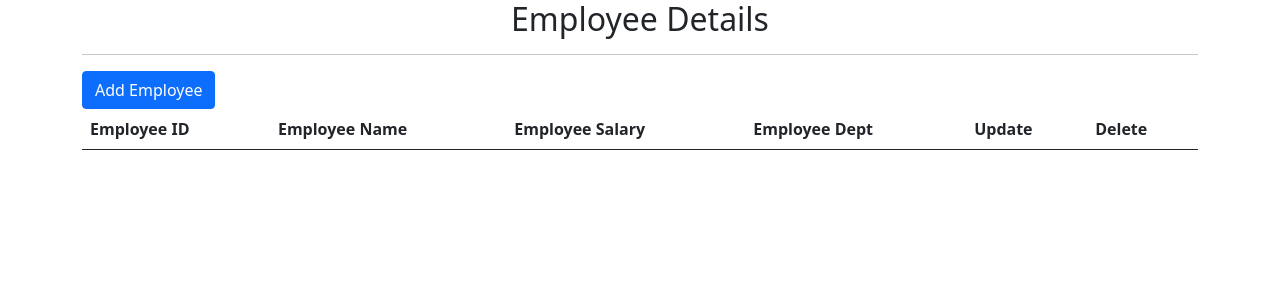
Repository: bhatideepak599/JspServlets
Page: http://localhost/10-student-mvc-db/Student
An editor plug-in stored every save of this project. The page is shown before and after the next save, followed by the edit.
The browser window is 1280 px wide. The pictures show the whole page.
The page is served by Tomcat 9. Other server files are loaded and not shown. Queries for data that is not in the repository find no rows.

Above is the page before, as saved 2024-07-17 12:30:42.

### 10-student-mvc-db/WebContent/empFile.jsp
<%@ page language="java" contentType="text/html; charset=ISO-8859-1"
    pageEncoding="ISO-8859-1"%>
  <%@ taglib uri="http://java.sun.com/jsp/jstl/core" prefix="c"%>
<%@ taglib uri="http://java.sun.com/jsp/jstl/functions" prefix="fn"%>


<!DOCTYPE html>
<html>
<head>
<meta charset="ISO-8859-1">
<title>Employee Details</title>
<link
	href="https://cdn.jsdelivr.net/npm/bootstrap@5.0.2/dist/css/bootstrap.min.css"
	rel="stylesheet"
	integrity="sha384-EVSTQN3/azprG1Anm3QDgpJLIm9Nao0Yz1ztcQTwFspd3yD65VohhpuuCOmLASjC"
	crossorigin="anonymous">
<script
	src="https://cdn.jsdelivr.net/npm/bootstrap@5.0.2/dist/js/bootstrap.bundle.min.js"
	integrity="sha384-MrcW6ZMFYlzcLA8Nl+NtUVF0sA7MsXsP1UyJoMp4YLEuNSfAP+JcXn/tWtIaxVXM"
	crossorigin="anonymous"></script>
</head>


<body>

	<div class="container">

	<div class="text-center">

		<p class="h2"> Employee Details</p>

	</div>

	<hr>
	<a href="add-Employee.jsp" class="btn btn-primary">Add Employee</a>
	<!-- <a href="update-Employee.jsp" class="btn btn-secondary">Update Employee</a>
	<a href="delect-Employee.jsp" class="btn btn-danger">Delete Employee</a> -->
	<table class="table table-striped">

		<thead>

			<tr>

				<th>Employee ID</th>

				<th>Employee Name</th>

				<th>Employee Salary</th>

				<th>Employee Dept</th>
				<th>Update</th>
				<th>Delete</th>

			</tr>

		</thead>

		<tbody>

			<c:forEach var="student" items="${theStudentList}">

				<tr>

					<td>${student.id}</td>
					<td>${student.name}</td>
					<td>${student.salary}</td>

					<td>${student.dept}</td>

					<td>
						<a href="Student?command=update&Id=${student.id}" class="btn btn-secondary">Update</a>
						</td>
					<td>
						<a href="Student?command=delete&Id=${student.id}" class="btn btn-warning">Delete</a>
						</td>
			</tr>

			</c:forEach>

		</tbody>

	</table>

	</div>

</body>

</html>

### 10-student-mvc-db/src/com/techlabs/controller/StudentController.java
package com.techlabs.controller;

import java.io.IOException;
import java.sql.SQLException;
import java.util.List;

import javax.annotation.Resource;
import javax.servlet.RequestDispatcher;
import javax.servlet.ServletException;
import javax.servlet.annotation.WebServlet;
import javax.servlet.http.HttpServlet;
import javax.servlet.http.HttpServletRequest;
import javax.servlet.http.HttpServletResponse;
import javax.sql.DataSource;

import com.techlabs.dao.StudentDbUtil;
import com.techlabs.entity1.Student;

@WebServlet("/Student")
public class StudentController extends HttpServlet {
	private static final long serialVersionUID = 1L;

	private StudentDbUtil studentDbUtil;

	@Resource(name = "jdbc/employee")
	private DataSource dataSource;

	@Override
	public void init() throws ServletException {
		super.init();
		studentDbUtil = new StudentDbUtil(dataSource);
	}

	protected void doGet(HttpServletRequest request, HttpServletResponse response)
			throws ServletException, IOException {

		String command;
		command = request.getParameter("command");

		if (command == null) {
			command = "list";
		}
		switch (command) {
		case "add":
			try {
				addStudent(request, response);
			} catch (SQLException | ServletException | IOException e) {

				e.printStackTrace();
			}
			break;

		case "update":
			try {

				updateStudent(request, response);
			} catch (SQLException | ServletException | IOException e) {

				e.printStackTrace();
			}

		case "delete":
			try {
				deleteStudent(request, response);
			} catch (SQLException | ServletException | IOException e) {

				e.printStackTrace();
			}
			break;
		default:
			listStudents(request, response);
		}

	}

	protected void doPost(HttpServletRequest request, HttpServletResponse response)
			throws ServletException, IOException {

		doGet(request, response);
	}

	private void listStudents(HttpServletRequest request, HttpServletResponse response)
			throws ServletException, IOException {

		List<Student> studentlist = studentDbUtil.getStudents();
		request.setAttribute("theStudentList", studentlist);
		RequestDispatcher requestDispatcher = request.getRequestDispatcher("/empFile.jsp");
		requestDispatcher.forward(request, response);
	}

	private void addStudent(HttpServletRequest request, HttpServletResponse response)
			throws SQLException, ServletException, IOException {
		String name = request.getParameter("name");
		String dept = request.getParameter("dept");
		double salary = Double.parseDouble(request.getParameter("salary"));

		Student student = new Student(name, salary, dept);
		// System.out.println(student);

		boolean isAdded = studentDbUtil.addStudent(student);
		response.sendRedirect(request.getContextPath() + "/Student");

	}

	private void updateStudent(HttpServletRequest request, HttpServletResponse response)
			throws SQLException, ServletException, IOException {

		int id=Integer.parseInt(request.getParameter("Id"));


		Student student=studentDbUtil.getStudent(id);
		request.setAttribute("theStudent", student);
		RequestDispatcher requestDispatcher=request.getRequestDispatcher("/update-Employee.jsp");
		requestDispatcher.forward(request, response);


//		double id = Double.parseDouble(request.getParameter("Id"));
//		String name = request.getParameter("name");
//		String dept = request.getParameter("dept");
//		double salary = Double.parseDouble(request.getParameter("salary"));
//
//		Student st = new Student((int) id, name, salary, dept);
//
//		boolean isUpdated = studentDbUtil.updateStudent(st);
//		response.sendRedirect(request.getContextPath()+"/Student");

	}

	private void deleteStudent(HttpServletRequest request, HttpServletResponse response)
			throws SQLException, ServletException, IOException {
//		int id = Integer.parseInt(request.getParameter("Id"));
//		boolean isDeleted=studentDbUtil.deleteStudent(id);
//		response.sendRedirect(request.getContextPath()+"/Student");

	}

}

After the next save:
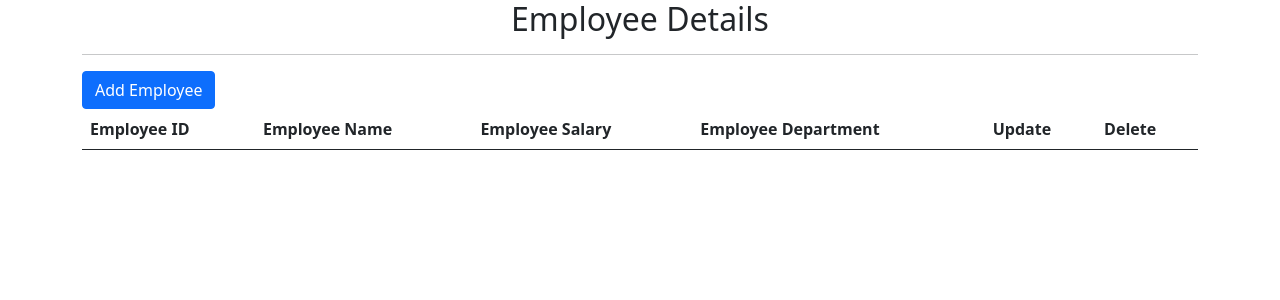
Saved 35 s later.
--- a/10-student-mvc-db/WebContent/empFile.jsp
+++ b/10-student-mvc-db/WebContent/empFile.jsp
@@ -47,7 +47,7 @@
 
 				<th>Employee Salary</th>
 
-				<th>Employee Dept</th>
+				<th>Employee Department</th>
 				<th>Update</th>
 				<th>Delete</th>
 
